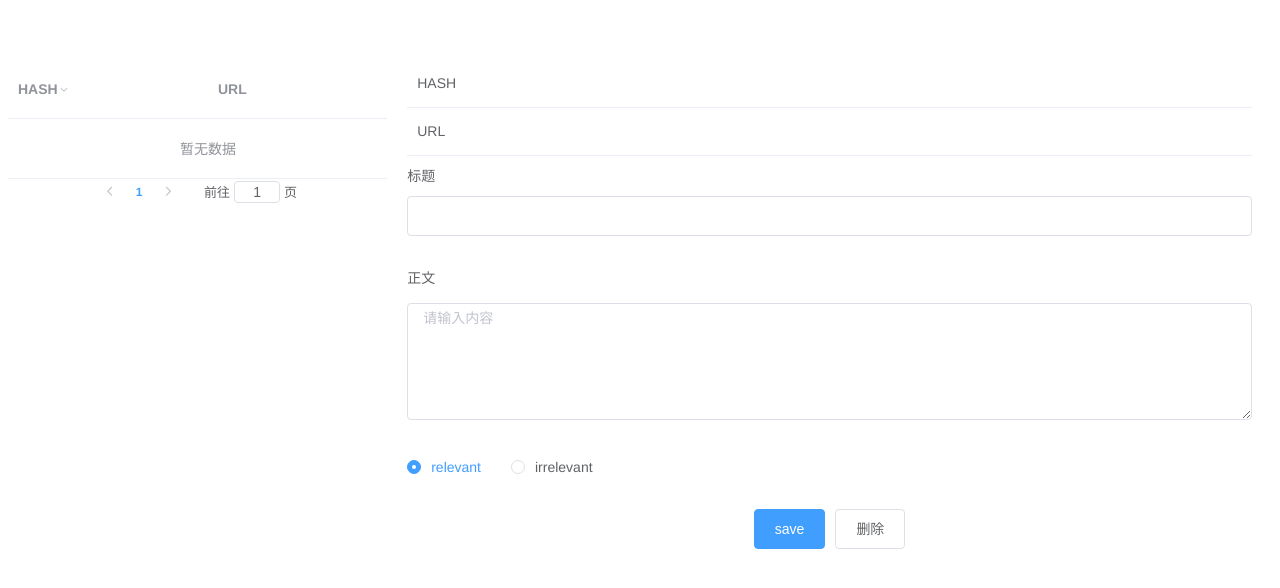
Repository: NicoleGX/TI
Page: /
The author's editor kept a copy of each file at every save. The page is drawn from the files as they stood at one save, then again after the next save.
The browser window is 1280 px wide. The pictures show the whole page.
The page's requests for data from a server got no answer. The project was rebuilt for these pictures with package versions that can differ from the ones it lists, and the page was loaded fresh each time. No one was signed in, and anything a server would have sent is missing.

Above is the page before, as saved 2019-05-30 11:11:46.

### index.html
<!DOCTYPE html>
<html>
  <head>
    <meta charset="utf-8">
    <meta name="viewport" content="width=device-width,initial-scale=1.0">
    <title>cyberti</title>
  </head>
  <body>
    <div id="app"></div>
    <!-- built files will be auto injected -->
  </body>
</html>

### src/main.js
import Vue from 'vue'
import App from './App'
import toastr from 'toastr'
import 'toastr/build/toastr.min.css'
import axios from 'axios'
import router from './router'
import ElementUI from 'element-ui'
import 'element-ui/lib/theme-chalk/index.css'

Vue.use(ElementUI)
Vue.prototype.$http = axios
Vue.prototype.toastr = toastr

toastr.options = {
  'closeButton': true,
  'debug': false,
  'newestOnTop': false,
  'progressBar': false,
  'positionClass': 'toast-top-right',
  'preventDuplicates': false,
  'onclick': null,
  'showDuration': '300',
  'hideDuration': '1000',
  'timeOut': '3000',
  'extendedTimeOut': '1000',
  'showEasing': 'swing',
  'hideEasing': 'linear',
  'showMethod': 'fadeIn',
  'hideMethod': 'fadeOut'
}

Vue.filter('castsToString', (casts) => {
  return casts.map(item => {
    console.log(item.name)
    return item.name
  })
})

/* eslint-disable no-new */
new Vue({
  created () {
    toastr.success('启动成功!')
  },
  router,
  render: h => h(App)
}).$mount('#app')

### src/router/index.js
import Vue from 'vue'
import Router from 'vue-router'
import TextClassification from '@/views/TextClassification'

Vue.use(Router)

export default new Router({
  routes: [
    {
      path: '/',
      name: 'TextClassification',
      component: TextClassification
    }
  ]
})

### src/views/TextClassification.vue
<template>
  <el-container>
    <el-aside style="width: 30%">
      <el-table
        :data="tableData"
        style="width: 100%"
        :row-class-name="tableRowClassName"
        @cell-click="onCellClick">
        <el-table-column
          prop="hash"
          label="HASH"
          width="200"
          :filters="[{text: 'edited', value: true}, {text: 'unedited', value: false}]"
          :filter-method="filterTag">
        </el-table-column>
        <el-table-column
          prop="url"
          label="URL"
          width="200">
          <template slot-scope="scope">
            <a :href=scope.row.url
              target="_black"
              class="buttonText">{{scope.row.url}}</a>
          </template>
        </el-table-column>
      </el-table>
      <div class="block">
        <el-pagination
          @size-change="handleSizeChange"
          @current-change="handleCurrentChange"
          :current-page.sync="currentPage"
          :page-size="pagesize"
          layout="prev, pager, next, jumper"
          :total="pages_total"
          :pager-count="5"
          small>
        </el-pagination>
      </div>
    </el-aside>

    <el-main style="width: 70%;padding-top: 0;padding-bottom: 0;">
      <el-table
        :data="formData"
        :show-header="false"
        style="width: 100%">
        <el-table-column
          prop="label"
          label="label"
          width="80"></el-table-column>
        <el-table-column
          prop="value"
          label="value"></el-table-column>
      </el-table>
      <el-form ref="form" :model="form">
        <el-form-item label="标题">
          <el-input v-model="form.title"></el-input>
        </el-form-item>
        <el-form-item label="正文">
          <el-input
            type="textarea"
            :autosize="{ minRows: 5, maxRows: 15}"
            placeholder="请输入内容"
            v-model="form.text"
            style="margin: 5px 0;">
          </el-input>
        </el-form-item>
        <el-form-item style="text-align: left;">
          <el-radio v-model="form.relevant" label="relevant" name="type"></el-radio>
          <el-radio v-model="form.relevant" label="irrelevant" name="type"></el-radio>
        </el-form-item>
        <el-button type="primary" @click="onSubmit">save</el-button>
        <el-button @click="delect">删除</el-button>
      </el-form>
    </el-main>

  </el-container>
</template>

<script>
export default {
  name: 'textclassfication',
  created () {
    // get pages document and count
    this.getPages()
  },
  methods: {
    tableRowClassName({row, rowIndex}) {
      if (row['use'] === false) {
        return 'info-row'
      }
      else if (row['has_edit']) {
        return 'success-row';
      } else {
        return 'warning-row';
      }
      return '';
    },
    onCellClick(row, column, cell, event) {  // 加载右侧待编辑数据
      this.formData[0]['value'] = row['hash']
      this.formData[1]['value'] = row['url']
      this.form.title = row['title']
      this.form.text = row['text']
      this.form.relevant = row['relevant']
      this.form.hash = row['hash']
    },
    filterTag(value, row) {
      return row.has_edit === value
    },
    getPages () {
      this.$http.post('/api/pages', {
        current: this.currentPage,
        pagesize: this.pagesize
      })
      .then(res => {
        console.log(res.data)
        this.pages_total = res.data['count']
        this.tableData = res.data['doc']
      })
      .catch(err => {
        this.toastr.error(`${err.message}`, 'ERROR!')
        console.log(err)
      })
    },
    handleSizeChange(val) {
      console.log(`每页 ${val} 条`);
    },
    handleCurrentChange(val) {
      console.log(`当前页: ${val}`);
      this.currentPage = val
      this.getPages()
    },
    onSubmit() {
      // 提交数据
      this.$http.post('/api/edit_pages', {
        form: this.form
      })
      .then(r => {
        this.toastr.success('提交成功')
        this.form = {
          hash: '',
          text: '',
          relevant: 'relevant'
        }
        this.formData[0]['value'] = ''
        this.formData[1]['value'] = ''
        this.getPages()
      })
      .catch(err => {
        this.toastr.error(`${err.message}`, 'ERROR!')
        console.log(err)
      })
    },
    delect() {
      this.$http.post('/api/delect_pages', {
        hash: this.form.hash
      })
      .then(res => {
        this.toastr.success('操作成功')
      })
      .catch(err => {
        this.toastr.error(`${err.message}`, 'ERROR!')
        console.log(err)
      })
    }
  },
  data() {
    return {
      tableData: [],
      formData: [{
        label: 'HASH',
        value: ''
      },{
        label: 'URL',
        value: ''
      }],
      form: {
        hash: '',
        title: '',
        text: '',
        relevant: 'relevant'
      },
      currentPage: 1,
      pagesize: 10,
      pages_total: 0
    }
  }
}
</script>

<style>
.el-table {
  width: 100%!important;
}
.el-table .warning-row {
  background: #fff;
}

.el-table .success-row {
  background: #f0f9eb;
}
.el-table .info-row {
  background: #f2f6fc;
}
</style>

Loaded but not shown: src/App.vue (common file)

After the next save:
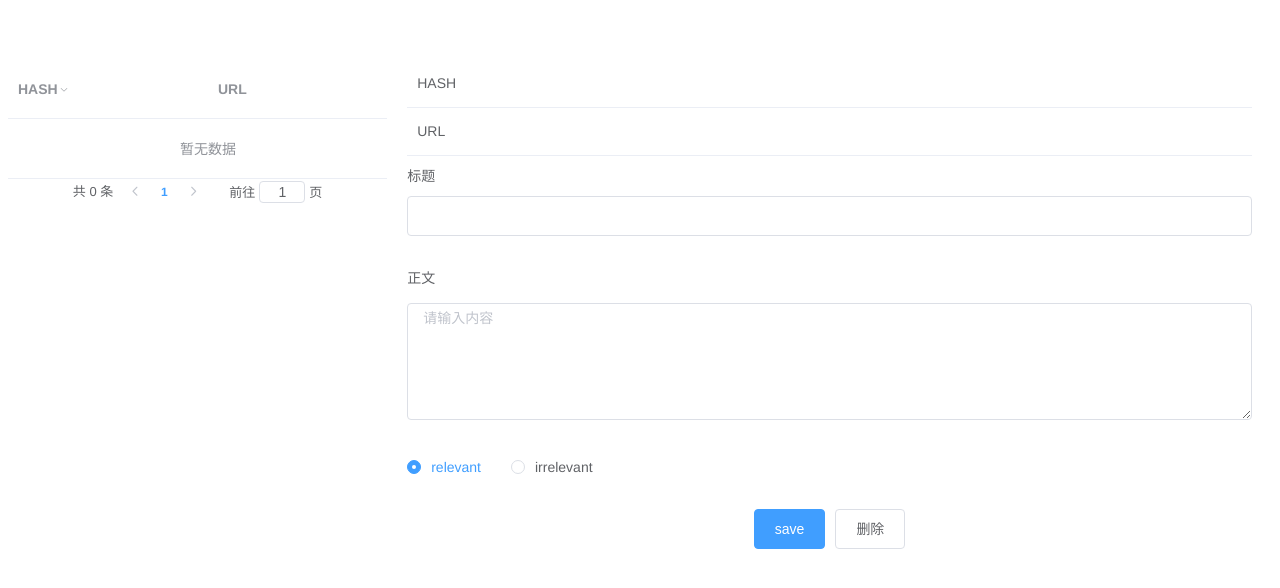
Saved 13 min 46 s later.
--- a/src/views/TextClassification.vue
+++ b/src/views/TextClassification.vue
@@ -30,7 +30,7 @@
           @current-change="handleCurrentChange"
           :current-page.sync="currentPage"
           :page-size="pagesize"
-          layout="prev, pager, next, jumper"
+          layout="total, prev, pager, next, jumper"
           :total="pages_total"
           :pager-count="5"
           small>
